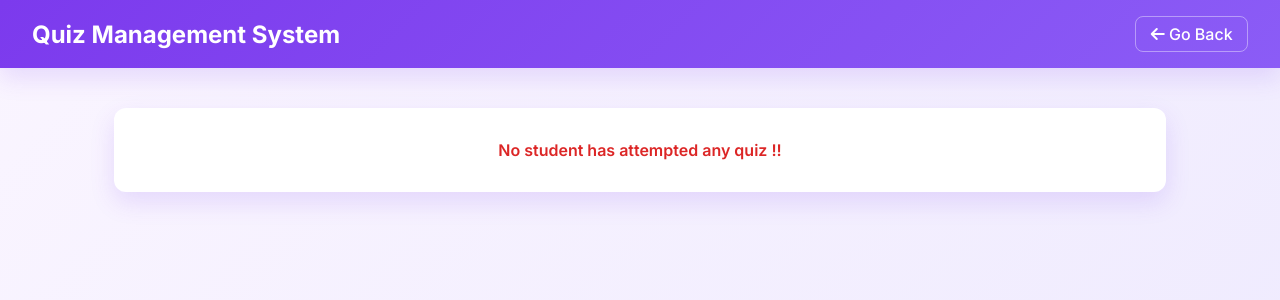
Repository: vrunda-16/Web_Based_Quiz_App
Page: http://localhost/QMS_UI/viewScoreAdmin.jsp
An editor plug-in stored every save of this project. The page is shown before and after the next save, followed by the edit.
The browser window is 1280 px wide. The pictures show the whole page.
The page is served by Tomcat 10. Queries for data that is not in the repository find no rows.

Above is the page before, as saved 2026-01-01 18:03:24.

After the next save:
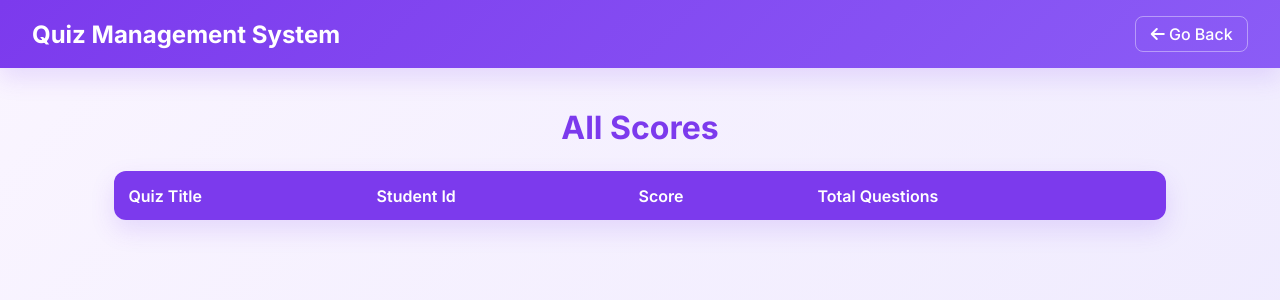
Saved 2 min 49 s later.
--- a/QMS(UI Final)/QMS_UI/src/main/webapp/viewScoreAdmin.jsp
+++ b/QMS(UI Final)/QMS_UI/src/main/webapp/viewScoreAdmin.jsp
@@ -173,19 +173,6 @@ ${view.displayScoreToAdmin()}
 <c:choose>
 
     <c:when test="${view.status == 1}">
-        <div class="message-card">
-            No student has attempted any quiz !!
-        </div>
-    </c:when>
-
-    <c:when test="${view.status==0}">
-        <div class="message-card">
-            Something went wrong !!
-        </div>
-    </c:when>
-
-    <c:otherwise>
-
         <div class="page-title">All Scores</div>
 
         <div class="table-card">
@@ -210,6 +197,19 @@ ${view.displayScoreToAdmin()}
                 </tbody>
             </table>
         </div>
+    </c:when>
+
+    <c:when test="${view.status==0}">
+        <div class="message-card">
+            Something went wrong !!
+        </div>
+    </c:when>
+
+    <c:otherwise>
+		<div class="message-card">
+            No student has attempted any quiz !!
+        </div>
+
 
     </c:otherwise>
 
